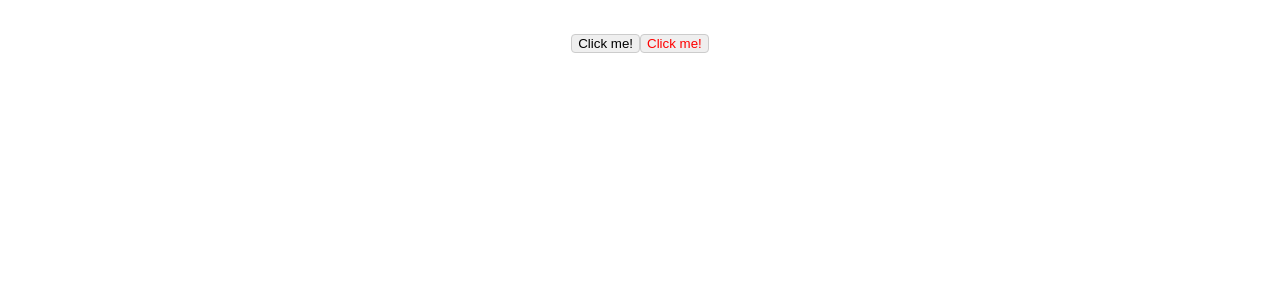
Repository: ThanhThn/tiktok-ui
Page: /
The author's editor kept a copy of each file at every save. The page is drawn from the files as they stood at one save, then again after a run of saves.
The browser window is 1280 px wide. The pictures show the whole page.
The project was rebuilt for these pictures with package versions that can differ from the ones it lists, and the page was loaded fresh each time.

Above is the page before, as saved 2023-09-02 13:58:08.

### src/index.js
import React from 'react';
import ReactDOM from 'react-dom/client';
import './index.css';
import App from './App';
import reportWebVitals from './reportWebVitals';
//Fake comments

const root = ReactDOM.createRoot(document.getElementById('root'));
root.render(
  //<React.StrictMode
       <App />
  //</React.StrictMode>
);

// If you want to start measuring performance in your app, pass a function
// to log results (for example: reportWebVitals(console.log))
// or send to an analytics endpoint. Learn more: https://bit.ly/CRA-vitals
reportWebVitals();

### src/App.js
import './App.css';
import Button from './components/Button'
function App() {

  return (
    <div className="App" style={{ padding: 32 }}>
      <Button/>
    </div>
  );
}



export default App;

### src/components/Button/index.js
import clsx from 'clsx'
import styles from './Button.module.css'

function Button({primary}){
    const classes = clsx(styles.btn,{
        [styles.primary]: true
    })
    console.log(styles)
    return (
        <>
        <button className={styles.btn}>
            Click me!
        </button>
        <button className={clsx(styles.btn,  {
            [styles.active]: true
        })}>
            Click me!
        </button>
        </>
    )
}

export default Button

### src/components/Button/Button.module.css
.btn {
    padding: 4xp 16px;
    border-radius: 4px;
    border: 1px solid #ccc;
}
.active{
    color: red;
}
.primary{
    background-color: #007bfe;
    color: #fff;
}

Loaded but not shown: public/index.html (common file); src/index.css (common file); src/reportWebVitals.js (common file); src/App.css (common file)

After the next 2 saves:
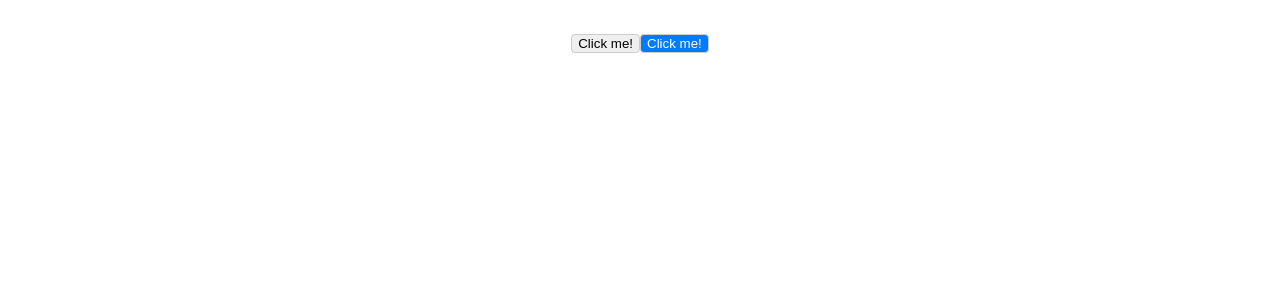
The 2 saves are shown as one change because they came seconds apart.
The last was saved 16 s later.
--- a/src/components/Button/index.js
+++ b/src/components/Button/index.js
@@ -11,9 +11,7 @@ function Button({primary}){
         <button className={styles.btn}>
             Click me!
         </button>
-        <button className={clsx(styles.btn,  {
-            [styles.active]: true
-        })}>
+        <button className={classes}>
             Click me!
         </button>
         </>
